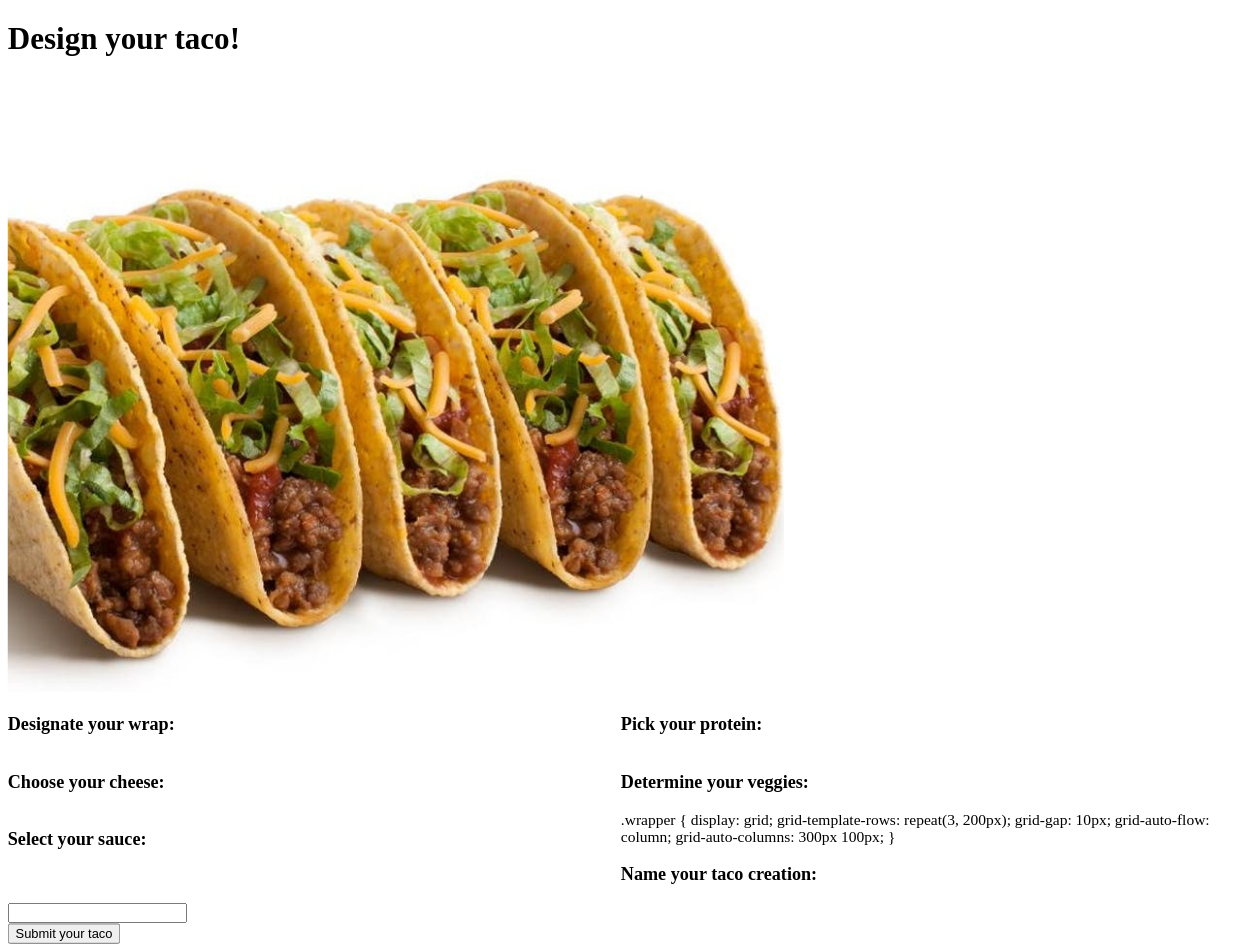
Repository: LucaFinizio/Tacos
Page: http://localhost/design
These files come from the project's save history. The page is drawn as it stood at one moment and after the next save; the edit follows.
The browser window is 1280 px wide. The pictures show the whole page, at 97% of full size.
The page is this project's Thymeleaf template; nobody is signed in. The template is opened directly, without the code that normally fills it, so the values that code supplies are empty.

Above is the page before, as saved 2019-09-12 10:53:45.

After the next save:
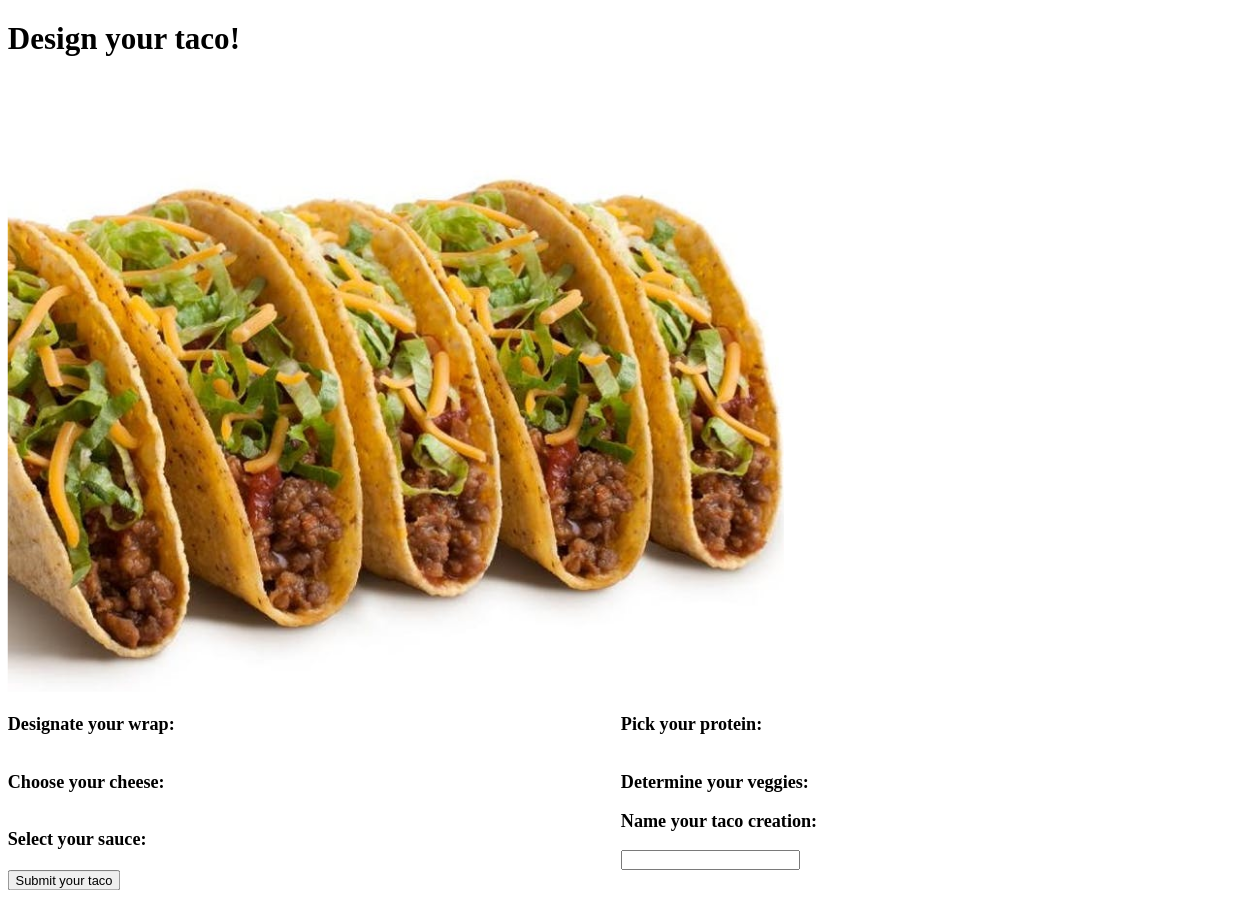
Saved 5 min 48 s later.
--- a/taco-cloud/src/main/resources/templates/design.html
+++ b/taco-cloud/src/main/resources/templates/design.html
@@ -12,7 +12,9 @@
 
     <form method="POST" th:object="${design}">
 
-	<div class="wrapper">
+	<!-- <div class="wrapper">-->
+	<table>
+		<tr>
 		  <div class="ingredient-group" id="wraps">
 				<h3>Designate your wrap:</h3>
 				<div th:each="ingredient : ${wrap}">
@@ -28,7 +30,7 @@
 					<span th:text="${ingredient.name}">INGREDIENT</span>
 				</div>
 		  </div>
-
+		</tr>
 		  <div class="ingredient-group" id="cheeses">
 		      <h3>Choose your cheese:</h3>
 		      <div th:each="ingredient : ${cheese}">
@@ -52,15 +54,10 @@
 		        <span th:text="${ingredient.name}">INGREDIENT</span>
 		      </div>
 	      </div>
-      </div>
+      <!-- </div>-->
+	</table>
 
-	 .wrapper {
-	    display: grid;
-	    grid-template-rows: repeat(3, 200px);
-	    grid-gap: 10px;
-	    grid-auto-flow: column;
-	    grid-auto-columns: 300px 100px;
-	}
+
 
       <div>
 	      <h3>Name your taco creation:</h3>
